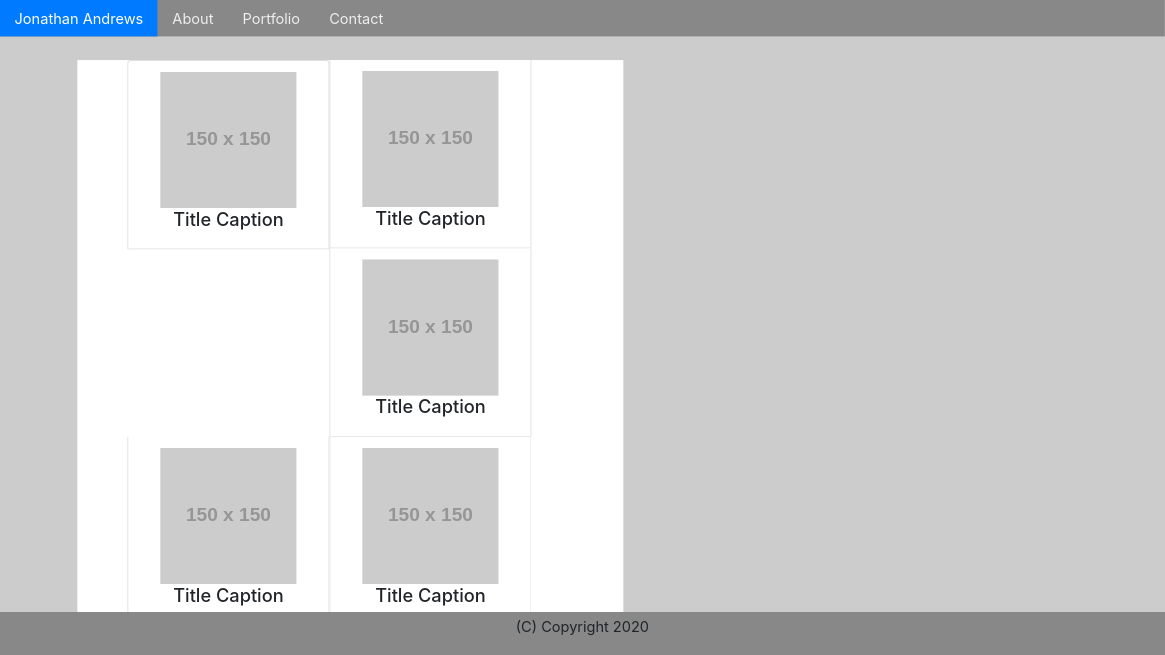
Repository: ionathas78/ionathas78.github.io
Page: portfolio.html
An editor plug-in stored every save of this project. The page is shown before and after the next save, followed by the edit.
The browser window is 1280 px wide. The pictures show the whole page, at 91% of full size.

Above is the page before, as saved 2020-03-17 17:42:41.

### portfolio.html
<!DOCTYPE html>
<html lang="en">
<head>
    <meta charset="UTF-8">
    <meta name="viewport" content="width=device-width, initial-scale=1.0">
    <title>Jonathan Andrews</title>

    <link rel="stylesheet" href="https://stackpath.bootstrapcdn.com/bootstrap/4.4.1/css/bootstrap.min.css" integrity="sha384-Vkoo8x4CGsO3+Hhxv8T/Q5PaXtkKtu6ug5TOeNV6gBiFeWPGFN9MuhOf23Q9Ifjh" crossorigin="anonymous">
</head>
<body style="background-color: #ccc">
    <header>
        <ul class="nav" style="background-color: #888">
            <li class="nav-item bg-primary">
              <a class="nav-link active" href="#" style="color: white;">Jonathan Andrews</a>
            </li>
            <li class="nav-item">
              <a class="nav-link" href="index.html" style="color: #eee;">About</a>
            </li>
            <li class="nav-item">
              <a class="nav-link active" href="portfolio.html" style="color: #eee;">Portfolio</a>
            </li>
            <li class="nav-item">
                <a class="nav-link" href="contact.html" style="color: #eee;">Contact</a>
            </li>
        </ul>
    </header>

    <div class="container">
        <div class="row">
            <div class="col-md-4">
                <div class="container clearfix" style="width: 50vw; max-width: 600px; background-color: white; margin-top: 2vw;">
                    <!-- <ul class="list-group list-group-horizontal float-left"> -->
                    <ul class="">
                        <li class="list-group-item float-left align-self-start">
                            <div class="container">
                                <a href="" target="_blank"><img src="https://via.placeholder.com/150" alt="Placeholder Item Image"/></a>
                                <h5 style="text-align: center;">Title Caption</h5>
                            </div>
                        </li>
                        <li class="list-group-item float-left align-self-start">
                            <div class="container">
                                <a href="" target="_blank"><img src="https://via.placeholder.com/150" alt="Placeholder Item Image"/></a>
                                <h5 style="text-align: center;">Title Caption</h5>
                            </div>
                        </li>
                        <li class="list-group-item float-left align-self-start">
                            <div class="container">
                                <a href="" target="_blank"><img src="https://via.placeholder.com/150" alt="Placeholder Item Image"/></a>
                                <h5 style="text-align: center;">Title Caption</h5>
                            </div>
                        </li>
                        <li class="list-group-item float-left align-self-start">
                            <div class="container">
                                <a href="" target="_blank"><img src="https://via.placeholder.com/150" alt="Placeholder Item Image"/></a>
                                <h5 style="text-align: center;">Title Caption</h5>
                            </div>
                        </li>
                        <li class="list-group-item float-left align-self-start">
                            <div class="container">
                                <a href="" target="_blank"><img src="https://via.placeholder.com/150" alt="Placeholder Item Image"/></a>
                                <h5 style="text-align: center;">Title Caption</h5>
                            </div>
                        </li>
                      </ul>
                </div>
            </div>
        </div>
    </div>

    <footer style="position: fixed; bottom: 0; background-color: #888; width: 100%;">
        <p style="line-height: 200%; text-align: center;">
            (C) Copyright 2020
        </p>
    </footer>
    <!-- JS Scripts -->

    <script src="https://code.jquery.com/jquery-3.4.1.slim.min.js" integrity="sha384-J6qa4849blE2+poT4WnyKhv5vZF5SrPo0iEjwBvKU7imGFAV0wwj1yYfoRSJoZ+n" crossorigin="anonymous"></script>
    <script src="https://cdn.jsdelivr.net/npm/popper.js@1.16.0/dist/umd/popper.min.js" integrity="sha384-Q6E9RHvbIyZFJoft+2mJbHaEWldlvI9IOYy5n3zV9zzTtmI3UksdQRVvoxMfooAo" crossorigin="anonymous"></script>
    <script src="https://stackpath.bootstrapcdn.com/bootstrap/4.4.1/js/bootstrap.min.js" integrity="sha384-wfSDF2E50Y2D1uUdj0O3uMBJnjuUD4Ih7YwaYd1iqfktj0Uod8GCExl3Og8ifwB6" crossorigin="anonymous"></script>
</body>
</html>

After the next save:
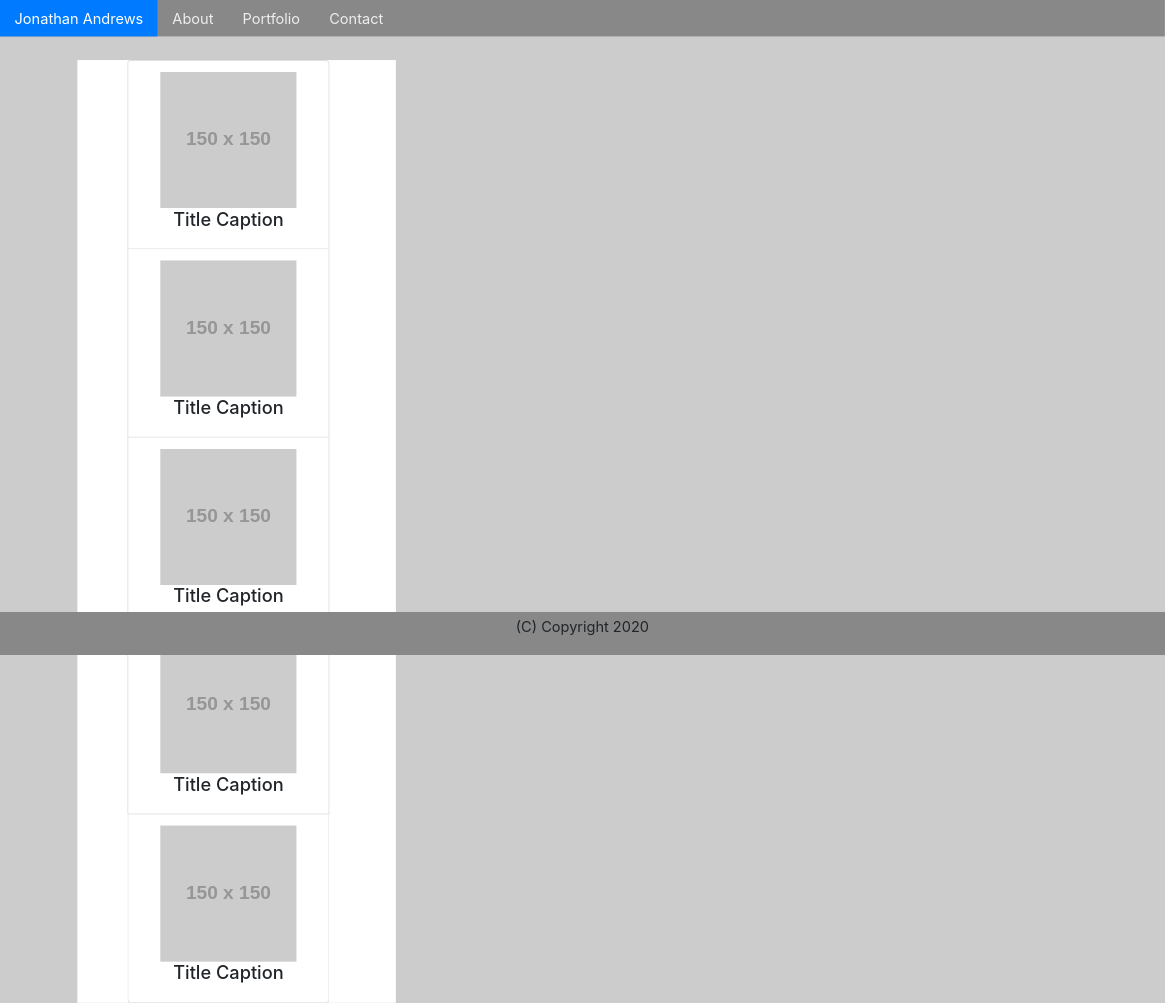
Saved 25 s later.
--- a/portfolio.html
+++ b/portfolio.html
@@ -28,7 +28,7 @@
     <div class="container">
         <div class="row">
             <div class="col-md-4">
-                <div class="container clearfix" style="width: 50vw; max-width: 600px; background-color: white; margin-top: 2vw;">
+                <div class="container clearfix" style="max-width: 600px; background-color: white; margin-top: 2vw;">
                     <!-- <ul class="list-group list-group-horizontal float-left"> -->
                     <ul class="">
                         <li class="list-group-item float-left align-self-start">
